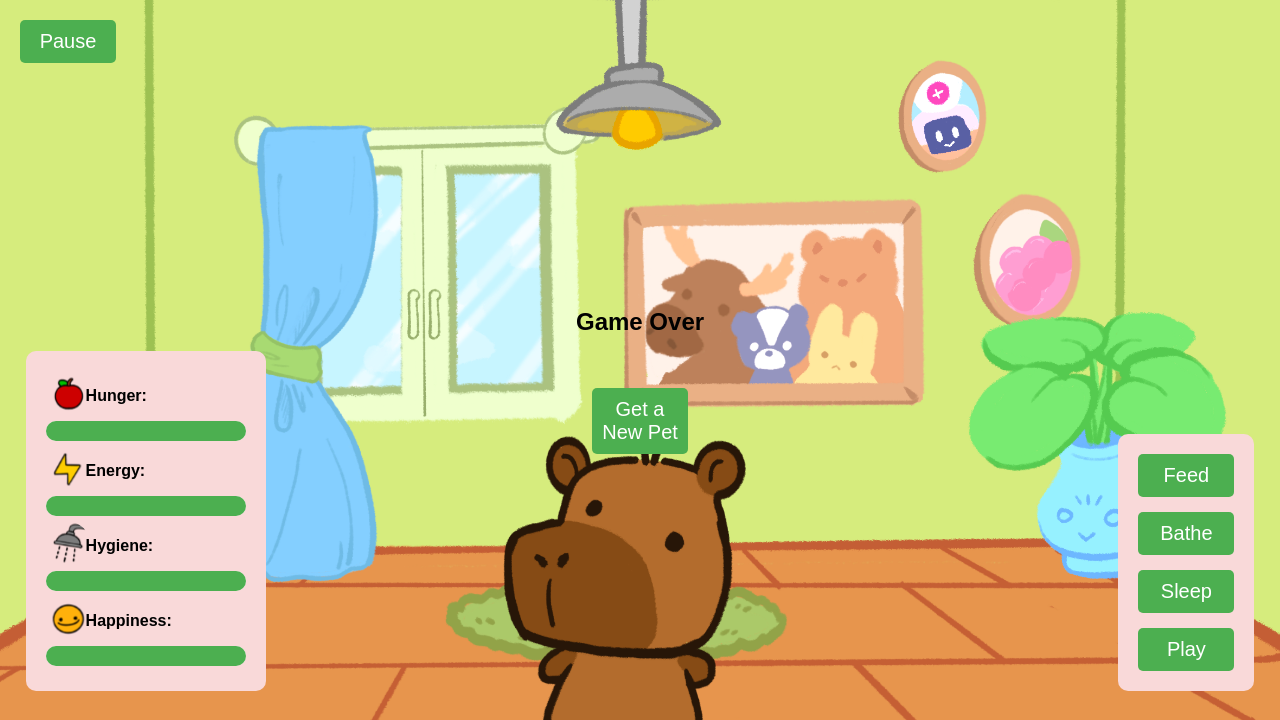
Repository: sarahjx/CapyCare
Page: html/index.html
An editor plug-in stored every save of this project. The page is shown before and after the next save, followed by the edit.
The browser window is 1280 px wide. The pictures show the whole page.
Some web fonts or font styles are not loaded; a fallback is used.

Above is the page before, as saved 2025-05-01 14:46:51.
Console error: TypeError: Cannot set properties of null (setting 'innerText')

### html/index.html
<!-- @format -->

<!DOCTYPE html>
<html lang="en">
  <head>
    <meta charset="UTF-8" />
    <meta name="viewport" content="width=device-width, initial-scale=1.0" />
    <title>Virtual Pet Game</title>
    <link rel="preconnect" href="https://fonts.googleapis.com">
    <link rel="preconnect" href="https://fonts.gstatic.com" crossorigin>
    <link href="https://fonts.googleapis.com/css2?family=McLaren&display=swap" rel="stylesheet">
    <link rel="stylesheet" href="../css/statusbar.css" />
  </head>
  <body>

    <div class="pet-container">
      <img class="pet-image" src="../images/capybara.png" alt="capybara" />
    </div>

    <div class="status-bar-container">

      <div class="status-bar">
        <div class="status-icon-container">
        <span class="hunger-icon"><img src="../images/hunger.svg" alt="hunger icon"></span>
        <span class="status-label">Hunger:</span>
        </div>
        <div class="status-progress">
          <div id="hunger-fill" class="status-fill"></div>
        </div>
        <div id="hunger-warning" class="warning"></div>
      </div>

      <div class="status-bar">
        <div class="status-icon-container">
        <span class="energy-icon"><img src="../images/energy.svg" alt="energy icon"></span>
        <span class="status-label">Energy:</span>
        </div>
        <div class="status-progress">
          <div id="energy-fill" class="status-fill"></div>
        </div>
        <div id="energy-warning" class="warning"></div>
      </div>

      <div class="status-bar">
        <div class="status-icon-container">
        <span class="hygiene-icon"><img src="../images/hygiene.svg" alt="hygiene icon"></span>
        <span class="status-label">Hygiene:</span>
        </div>
        <div class="status-progress">
          <div id="hygiene-fill" class="status-fill"></div>
        </div>
        <div id="hygiene-warning" class="warning"></div>
      </div>

      <div class="status-bar">
        <div class="status-icon-container">
        <span class="happiness-icon"><img src="../images/happiness.svg" alt="hygiene icon"></span>
        <span class="status-label">Happiness:</span>
        </div>
        <div class="status-progress">
          <div id="happiness-fill" class="status-fill"></div>
        </div>
        <div id="happiness-warning" class="warning"></div>
      </div>
    </div>

      <div class="action-buttons">
        <button onclick="feedPet(currentPet)">Feed</button>
        <button onclick="bathePet(currentPet)">Bathe</button>
        <button onclick="bedtime(currentPet)">Sleep</button>
        <button onclick="touchPet(currentPet)">Play</button>
      </div>
      <button id="pauseButton" onclick="togglePause()" class="pause-button">
        Pause
      </button>
    </div>

    <div id="gameOverScreen" class="game-over-screen">
      <div class="game-over-content">
        <h2>Game Over</h2>
        <p id="gameOverMessage"></p>
        <button onclick="resetGame()">Get a New Pet</button>
      </div>
    </div>

    <script src="../backend/status.js"></script>
  </body>
</html>

### css/statusbar.css
/** @format */

:root {
  --primary-color: #f9d9d9;
  --secondary-color: #d9e7f9;
  --tertiary-color: #fff1fb;
  --accent-color: #f7efd7;
  --text-color: #333;
  --spacing-xs: 0.5rem;
  --spacing-sm: 0.75rem;
  --spacing-md: 1rem;
  --spacing-lg: 1.5rem;
  --spacing-xl: 2rem;
  --spacing-xxl: 3rem;
  --font-family: "McLaren", sans-serif;
  --font-size-xs: 0.75rem;
  --font-size-sm: 0.875rem;
  --font-size-md: 1rem;
  --font-size-lg: 1.125rem;
  --font-size-xl: 1.25rem;
  --font-size-xxl: 1.5rem;
}

body {
  font-family: var(--font-family);
  margin: 0 auto;
  padding: 20px;
  background-image: url("../images/room.png");
  background-size: cover;
  background-repeat: no-repeat;
  background-attachment: fixed;
  background-position: center;
}

.pet-container {
  display: flex;
  flex-direction: column;
  align-items: center;
  justify-content: center;
}

.pet-image {
  transform: scale(0.3);
  position: fixed;
  margin-top: 1200px;
}

.status-bar-container {
  position: fixed;
  background-color: var(--primary-color);
  padding: 20px;
  border-radius: 10px;
  display: inline-flex;
  flex-direction: column;
  bottom: 4%;
  left: 2%;
}

.status-icon-container {
  display: flex;
  align-items: center;
  margin-bottom: 0;
}

.hunger-icon,
.energy-icon,
.happiness-icon,
.hygiene-icon {
  width: 10px;
  height: auto;
  margin-right: 30px;
}

.status-bar {
  margin: 0;
}

.status-label {
  display: inline-block;
  width: 100px;
  font-weight: bold;
  margin: 0;
}

.status-progress {
  width: 200px;
  height: 20px;
  background-color: #ffffff;
  border-radius: 10px;
  overflow: hidden;
  position: relative;
}

.status-fill {
  height: 100%;
  width: 100%;
  position: absolute;
  left: 0;
  top: 0;
  background-color: #4caf50;
  transition: width 0.3s ease;
}

.status-row {
  display: flex;
  align-items: center;
  gap: 10px;
  margin-bottom: 10px;
}

.status-icon {
  width: 24px;
  height: 24px;
}

.status-value {
  min-width: 50px;
  text-align: right;
  font-weight: bold;
  color: #333;
}

.action-buttons {
  margin-top: 20px;
  display: inline-flex;
  flex-direction: column;
  padding: 20px;
  border-radius: 10px;
  gap: 15px;
  background-color: var(--primary-color);
  position: fixed;
  right: 2%;
  bottom: 4%;
}

button {
  padding: 10px;
  border: none;
  border-radius: 5px;
  background-color: #4caf50;
  color: white;
  cursor: pointer;
  transition: background-color 0.3s;
  width: 6rem;
  font-family: var(--font-family);
  font-weight: 7pt;
  font-size: var(--font-size-xl);
}

button:hover {
  background-color: #45a049;
}

.warning {
  color: #ff9800;
  font-weight: bold;
  margin-top: 5px;
}

.critical {
  color: #f44336;
  font-weight: bold;
  margin-top: 5px;
}

.hidden {
  display: none;
}

.game-over-content {
  /* display: none; */
  position: fixed;
  display: flex;
  flex-direction: column;
  justify-content: center;
  align-items: center;
  left: 45%;
  top: 40%;
  padding: 0;
  margin: 0;


}

### backend/status.js
/** @format */

function Personality(favFood, active, clean, clingy, foodLover, introText) {
  this.favFood = favFood;
  this.active = active;
  this.clean = clean;
  this.clingy = clingy;
  this.foodLover = foodLover;
  this.intro = introText;
}

const mix1 = new Personality(
  "Sunfruit",
  true,
  true,
  true,
  true,
  "This pet is energetic and playful, always ready to explore or play. They love the taste of Sunfruit and will happily eat it when offered, but they'll need constant attention, so expect lots of petting and cuddling. Despite their active nature, they stay clean and are easy to bathe. This pet loves affection and will return it in kind!"
);
const mix2 = new Personality(
  "Snakberry",
  true,
  true,
  false,
  true,
  "This pet is full of energy and loves to make the most of their days. They are particularly fond of Snakberries, which they will devour happily, but they tend to get hungry more often due to their high energy levels. Despite their active nature, they keep themselves clean and are easy to bathe. They're not overly clingy, so while they'll happily spend time with you, they won't be demanding affection constantly."
);
const mix3 = new Personality(
  "Dreamleaf",
  false,
  false,
  true,
  false,
  "This pet is laid-back and enjoys spending time with you, always seeking your company. They love Dreamleaf as a treat, but they're not particularly food-driven and don't get hungry as often. While they may get a little dirty from time to time, they tend to move around when you try to bathe them. Expect them to seek out your attention frequently, and be ready to shower them with love when they come to you for pets."
);

const personalities = [mix1, mix2, mix3];

// Global variables
let currentPet = null;
let hunger = 100;
let energy = 100;
let hygiene = 100;
let happiness = 100;
let isGameOver = false;
let isPaused = false;

// Store interval IDs globally
let hungerInterval = null;
let energyInterval = null;
let hygieneInterval = null;
let happinessInterval = null;

// Initialize the game
function initializeGame() {
  currentPet = getRandomPersonality();
  hunger = 100;
  energy = 100;
  hygiene = 100;
  happiness = 100;
  updateStatusBars();
  updateIntervals();
}

function getRandomPersonality() {
  const randomIndex = Math.floor(Math.random() * personalities.length);
  currentPet = personalities[randomIndex];
  console.log("New pet initialized:", currentPet.intro);
  return currentPet;
}

// Personality-based status decrease functions
function decreaseHunger() {
  if (!currentPet || isGameOver) return;
  const decreaseAmount = currentPet.foodLover ? 15 : 10;
  hunger = Math.max(0, hunger - decreaseAmount);
  updateStatusBars();
  if (hunger === 0 && checkGameOver()) return;
}

function decreaseEnergy() {
  if (!currentPet || isGameOver) return;
  const decreaseAmount = currentPet.active ? 15 : 10;
  energy = Math.max(0, energy - decreaseAmount);
  updateStatusBars();
  if (energy === 0 && checkGameOver()) return;
}

function decreaseHygiene() {
  if (!currentPet || isGameOver) return;
  const decreaseAmount = currentPet.clean ? 8 : 12;
  hygiene = Math.max(0, hygiene - decreaseAmount);
  updateStatusBars();
  if (hygiene === 0 && checkGameOver()) return;
}

function decreaseHappiness() {
  if (!currentPet || isGameOver) return;
  const decreaseAmount = currentPet.clingy ? 15 : 10;
  happiness = Math.max(0, happiness - decreaseAmount);
  updateStatusBars();
  if (happiness === 0 && checkGameOver()) return;
}

// Update intervals with personality-based timing
function updateIntervals() {
  // Clear any existing intervals
  if (hungerInterval) clearInterval(hungerInterval);
  if (energyInterval) clearInterval(energyInterval);
  if (hygieneInterval) clearInterval(hygieneInterval);
  if (happinessInterval) clearInterval(happinessInterval);

  // Set new intervals based on personality
  hungerInterval = setInterval(
    () => {
      decreaseHunger();
      warning();
    },
    currentPet.foodLover ? 6000 : 8000
  );

  energyInterval = setInterval(
    () => {
      decreaseEnergy();
      warning();
    },
    currentPet.active ? 8000 : 12000
  );

  hygieneInterval = setInterval(
    () => {
      decreaseHygiene();
      warning();
    },
    currentPet.clean ? 18000 : 15000
  );

  happinessInterval = setInterval(
    () => {
      decreaseHappiness();
      warning();
    },
    currentPet.clingy ? 8000 : 10000
  );

  console.log("Intervals updated for pet:", currentPet.intro);
}

// Pause game function
function pauseGame() {
  if (hungerInterval) clearInterval(hungerInterval);
  if (energyInterval) clearInterval(energyInterval);
  if (hygieneInterval) clearInterval(hygieneInterval);
  if (happinessInterval) clearInterval(happinessInterval);
  console.log("Game paused");
}

// Resume game function
function resumeGame() {
  updateIntervals();
  console.log("Game resumed");
}

function touchPet(personality) {
  if (personality.clingy) {
    gainStatus("happiness");
    console.log("Your pet loves the attention!");
  } else {
    loseStatus("happiness");
    console.log("Your pet prefers their space.");
  }
}

function feedPet(personality) {
  gainStatus("hunger"); // Always increase hunger
  if (personality.foodLover) {
    gainStatus("happiness");
    console.log("Your pet loves the food!");
  } else {
    loseStatus("happiness");
    console.log("Your pet isn't very interested in food.");
  }
}

function bathePet(personality) {
  gainStatus("hygiene"); // Always increase hygiene
  if (personality.clean) {
    gainStatus("happiness");
    console.log("Your pet enjoys being clean!");
  } else {
    loseStatus("happiness");
    console.log("Your pet doesn't like baths.");
  }
}

function bedtime(personality) {
  const petImage = document.querySelector(".pet-image");
  if (petImage) {
    // Store the current image to return to
    const currentImage = petImage.src;

    // Show sleeping animation
    petImage.src = "../images/Sleep.PNG";

    // After 3 seconds, restore the previous state
    setTimeout(() => {
      updatePetImage();
    }, 3000);
  }

  gainStatus("energy"); // Always increase energy
  if (personality.active) {
    loseStatus("happiness");
    console.log("Your pet is too energetic to sleep!");
  } else {
    gainStatus("happiness");
    console.log("Your pet enjoys resting.");
  }
}

function gainStatus(category) {
  switch (category) {
    case "hunger":
      if (hunger >= 100) {
        console.log("Hunger is full!");
      } else if (hunger < 100) {
        hunger += 10;
        console.log("Hunger: " + hunger);
      }
      break;
    case "energy":
      if (energy >= 100) {
        console.log("Energy is full!");
      } else if (energy < 100) {
        energy += 10;
        console.log("Energy: " + energy);
      }
      break;
    case "hygiene":
      if (hygiene >= 100) {
        console.log("Hygiene is full!");
      } else if (hygiene < 100) {
        hygiene += 10;
        console.log("Hygiene: " + hygiene);
      }
      break;
    case "happiness":
      if (happiness >= 100) {
        console.log("Happiness is full!");
      } else if (happiness < 100) {
        happiness += 10;
        console.log("Happiness: " + happiness);
      }
      break;
    default:
      console.log("Invalid category");
  }
}

function loseStatus(category) {
  switch (category) {
    case "hunger":
      if (hunger <= 0) {
        console.log("Hunger is empty!");
        hunger = 0;
      } else if (hunger > 0) {
        hunger -= 10;
        console.log("Hunger: " + hunger);
      }
      break;
    case "energy":
      if (energy <= 0) {
        console.log("Energy is empty!");
        energy = 0;
      } else if (energy > 0) {
        energy -= 10;
        console.log("Energy: " + energy);
      }
      break;
    case "hygiene":
      if (hygiene <= 0) {
        console.log("Hygiene is empty!");
        hygiene = 0;
      } else if (hygiene > 0) {
        hygiene -= 10;
        console.log("Hygiene: " + hygiene);
      }
      break;
    case "happiness":
      if (happiness <= 0) {
        console.log("Happiness is empty!");
        happiness = 0;
      } else if (happiness > 0) {
        happiness -= 3;
        console.log("Happiness: " + happiness);
      }
      break;
    default:
      console.log("Invalid category");
  }
}

function warning() {
  // Hunger warnings
  if (hunger <= 50 && hunger > 20) {
    document.getElementById("hunger-warning").textContent =
      "Your pet is getting hungry!";
    document.getElementById("hunger-warning").className = "warning";
  } else if (hunger <= 20 && hunger > 0) {
    document.getElementById("hunger-warning").textContent =
      "Your pet is starving!";
    document.getElementById("hunger-warning").className = "critical";
  } else {
    document.getElementById("hunger-warning").textContent = "";
  }

  // Energy warnings
  if (energy <= 50 && energy > 20) {
    document.getElementById("energy-warning").textContent =
      "Your pet is getting tired!";
    document.getElementById("energy-warning").className = "warning";
  } else if (energy <= 20 && energy > 0) {
    document.getElementById("energy-warning").textContent =
      "Your pet is exhausted!";
    document.getElementById("energy-warning").className = "critical";
  } else {
    document.getElementById("energy-warning").textContent = "";
  }

  // Hygiene warnings
  if (hygiene <= 50 && hygiene > 20) {
    document.getElementById("hygiene-warning").textContent =
      "Your pet needs a bath!";
    document.getElementById("hygiene-warning").className = "warning";
  } else if (hygiene <= 20 && hygiene > 0) {
    document.getElementById("hygiene-warning").textContent =
      "Your pet is filthy!";
    document.getElementById("hygiene-warning").className = "critical";
  } else {
    document.getElementById("hygiene-warning").textContent = "";
  }

  // Happiness warnings
  if (happiness <= 50 && happiness > 20) {
    document.getElementById("happiness-warning").textContent =
      "Your pet is getting sad!";
    document.getElementById("happiness-warning").className = "warning";
  } else if (happiness <= 20 && happiness > 0) {
    document.getElementById("happiness-warning").textContent =
      "Your pet is depressed!";
    document.getElementById("happiness-warning").className = "critical";
  } else {
    document.getElementById("happiness-warning").textContent = "";
  }
}

function checkGameOver() {
  if (hunger <= 0 || energy <= 0 || hygiene <= 0 || happiness <= 0) {
    isGameOver = true;
    pauseGame();
    showGameOver();
    return true;
  }
  return false;
}

function showGameOver() {
  let reason = "";
  if (hunger <= 0) reason = "Your pet starved to death!";
  else if (energy <= 0) reason = "Your pet died from exhaustion!";
  else if (hygiene <= 0) reason = "Your pet died from poor hygiene!";
  else if (happiness <= 0) reason = "Your pet died from sadness!";

  console.log("GAME OVER: " + reason);
  document.getElementById("gameOverMessage").textContent = reason;
  document.getElementById("gameOverScreen").style.display = "flex";
}

function resetGame() {
  isGameOver = false;
  hunger = 100;
  energy = 100;
  hygiene = 100;
  happiness = 100;
  document.getElementById("gameOverScreen").style.display = "none";
  currentPet = getRandomPersonality();
  updateStatusBars();
  updateIntervals();
}

function togglePause() {
  isPaused = !isPaused;
  const pauseButton = document.getElementById("pauseButton");
  const buttons = document.querySelectorAll(
    ".buttons button:not(#pauseButton)"
  );

  if (isPaused) {
    pauseButton.textContent = "Resume";
    pauseButton.classList.add("paused");
    buttons.forEach((button) => (button.disabled = true));
    pauseGame();
  } else {
    pauseButton.textContent = "Pause";
    pauseButton.classList.remove("paused");
    buttons.forEach((button) => (button.disabled = false));
    resumeGame();
  }
}

// Update status bars
function updateStatusBars() {
  // Update the width of each status bar
  document.getElementById("hunger-fill").style.width = hunger + "%";
  document.getElementById("energy-fill").style.width = energy + "%";
  document.getElementById("happiness-fill").style.width = happiness + "%";
  document.getElementById("hygiene-fill").style.width = hygiene + "%";

  // Update pet image based on status
  updatePetImage();
}

// Override console.log to update UI
const originalConsoleLog = console.log;
console.log = function () {
  originalConsoleLog.apply(console, arguments);
  updateStatusBars();
};

// Simple toggle function
function toggleActions() {
  document.getElementById("action-buttons-column").classList.toggle("hidden");
  document.getElementById("toggle-button").classList.toggle("hidden");
}

// Initialize the game when the page loads
window.addEventListener("load", function () {
  initializeGame();
  // Update status bars every second
  setInterval(updateStatusBars, 1000);
});

// stopwatch

let [hours, minutes, seconds] = [0, 0, 0];
let timer = null;

function updateDisplay() {
  document.getElementById("display").innerText =
    `${String(hours).padStart(2, "0")}:` +
    `${String(minutes).padStart(2, "0")}:` +
    `${String(seconds).padStart(2, "0")}`;
}

function stopwatch() {
  seconds++;
  if (seconds === 60) {
    seconds = 0;
    minutes++;
    if (minutes === 60) {
      minutes = 0;
      hours++;
    }
  }
  updateDisplay();
}

function start() {
  if (timer !== null) return;
  timer = setInterval(stopwatch, 1000);
}

function stop() {
  clearInterval(timer);
  timer = null;
}

function reset() {
  stop();
  [hours, minutes, seconds] = [0, 0, 0];
  updateDisplay();
}

updateDisplay();

function updatePetImage() {
  const petImage = document.querySelector(".pet-image");
  if (!petImage) return;

  // Check if any status is 0 (dead)
  if (hunger <= 0 || energy <= 0 || hygiene <= 0 || happiness <= 0) {
    petImage.src = "../images/Fuckingdead.PNG";
    return;
  }

  // Check for multiple states
  if (hunger <= 60 && hygiene <= 60 && energy <= 60) {
    petImage.src = "../images/Dirty:Hungry:Tired.PNG";
  } else if (hunger <= 60 && hygiene <= 60) {
    petImage.src = "../images/Dirty:hungry.PNG";
  } else if (hunger <= 60 && energy <= 60) {
    petImage.src = "../images/Hungry:Tired.PNG";
  } else if (hygiene <= 60 && energy <= 60) {
    petImage.src = "../images/Dirty:Tired.PNG";
  } else if (energy <= 60) {
    petImage.src = "../images/Sleepy.PNG";
  } else if (hunger <= 60) {
    petImage.src = "../images/Hungry.PNG";
  } else if (hygiene <= 60) {
    petImage.src = "../images/Dirty.PNG";
  } else {
    petImage.src = "../images/Idle.PNG";
  }
}

After the next save:
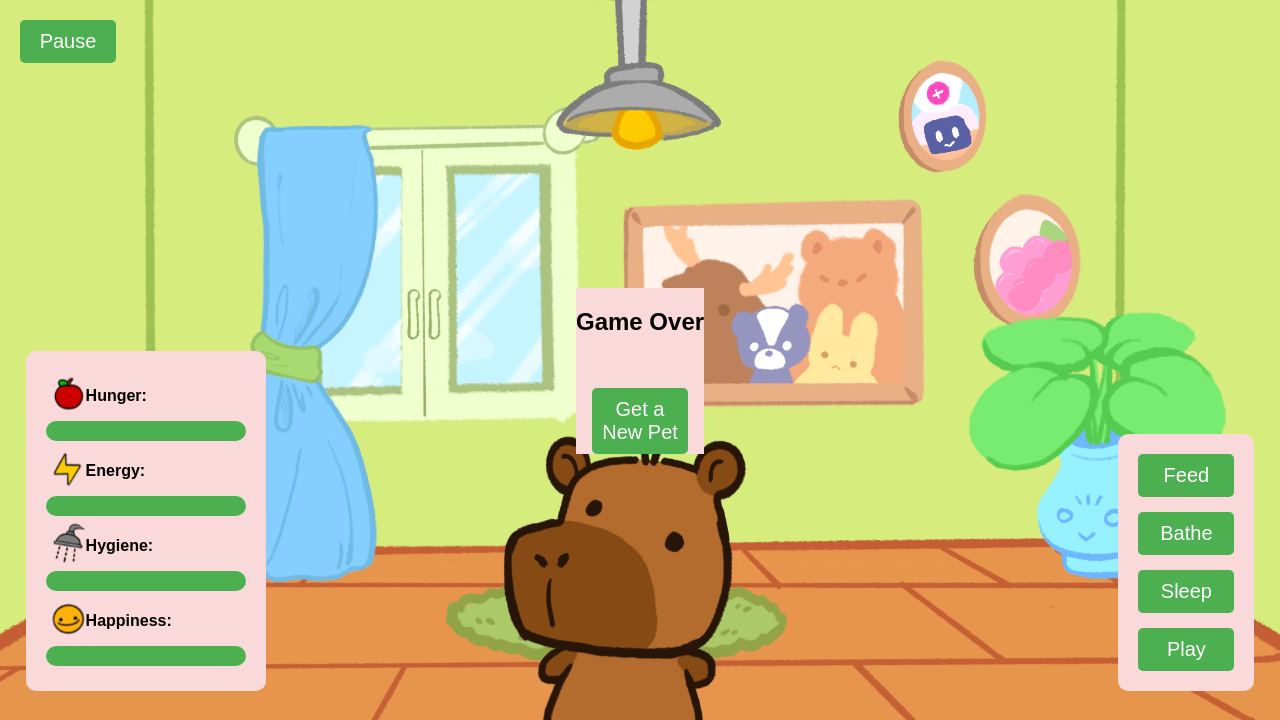
Saved 42 s later.
--- a/css/statusbar.css
+++ b/css/statusbar.css
@@ -178,6 +178,6 @@
   top: 40%;
   padding: 0;
   margin: 0;
-
+  background-color: var(--primary-color);
 
 }

After the save that followed:
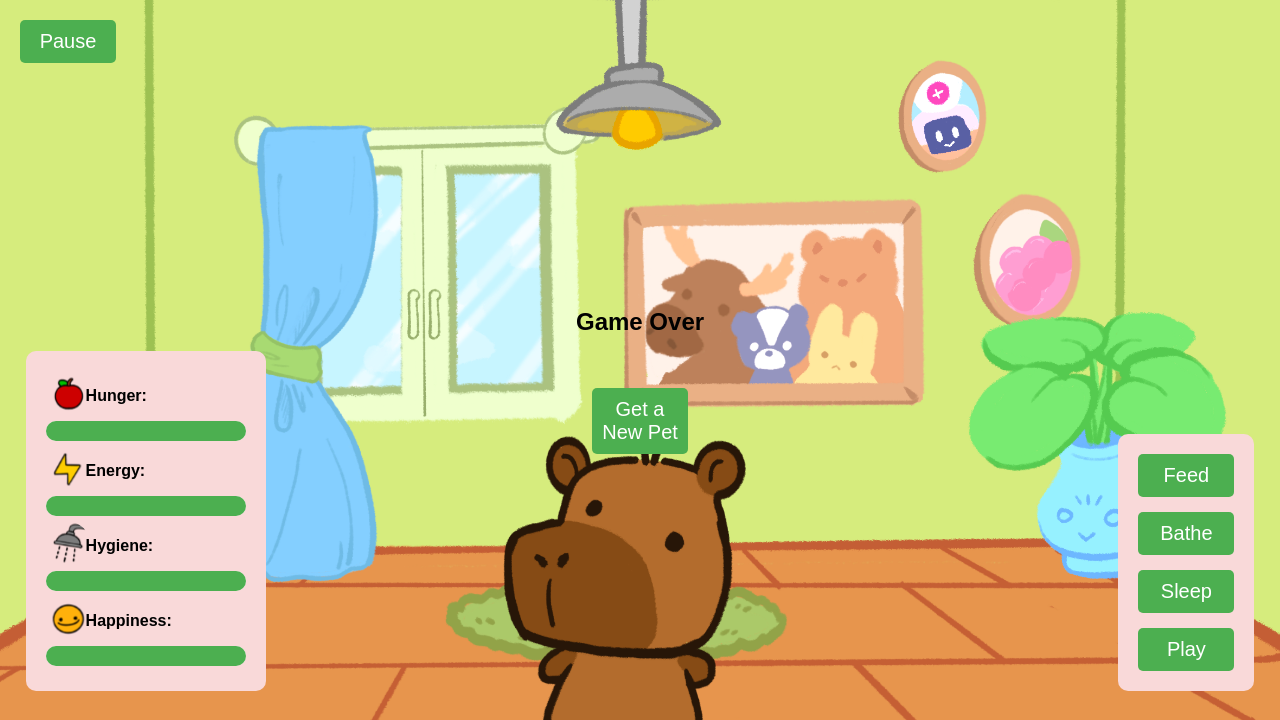
Saved 10 s later.
--- a/css/statusbar.css
+++ b/css/statusbar.css
@@ -178,6 +178,6 @@
   top: 40%;
   padding: 0;
   margin: 0;
-  background-color: var(--primary-color);
+  background-color:
 
 }
